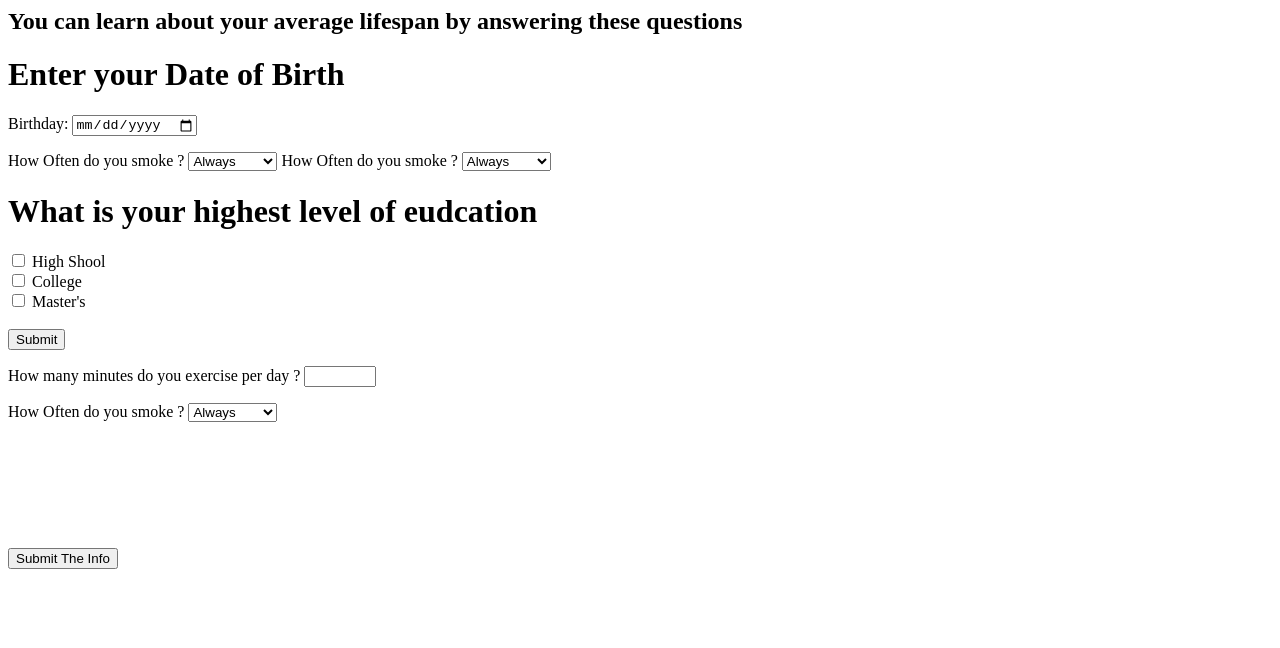
Repository: navid-amini12/capstone-1
Page: wordgame.html
These files come from the project's save history. The page is drawn as it stood at one moment and after the next save; the edit follows.
The browser window is 1280 px wide. The pictures show the whole page.
Some web fonts or font styles are not loaded; a fallback is used.

Above is the page before, as saved 2022-05-28 09:14:35.

After the next save:
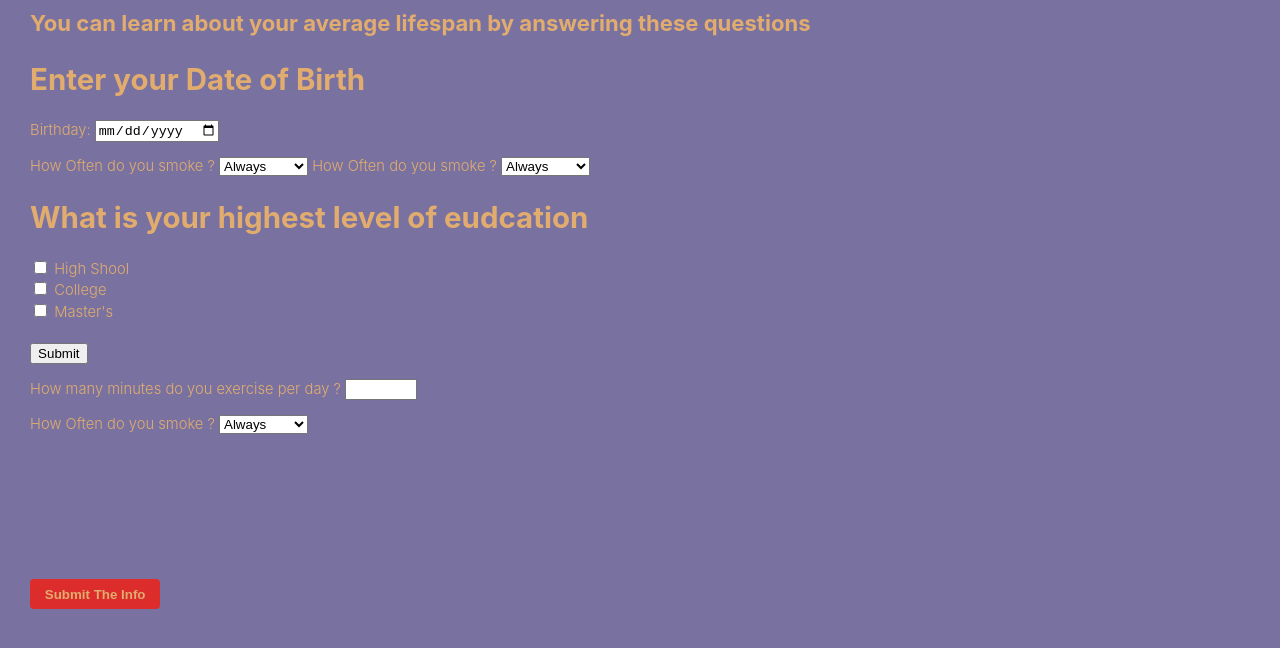
Saved 75 s later.
--- a/wordgame.html
+++ b/wordgame.html
@@ -1,3 +1,4 @@
+<link rel="stylesheet" type="text/css" href="quiz.css">
 <h2>You can learn about your average lifespan by answering these questions </h1>
 
 
